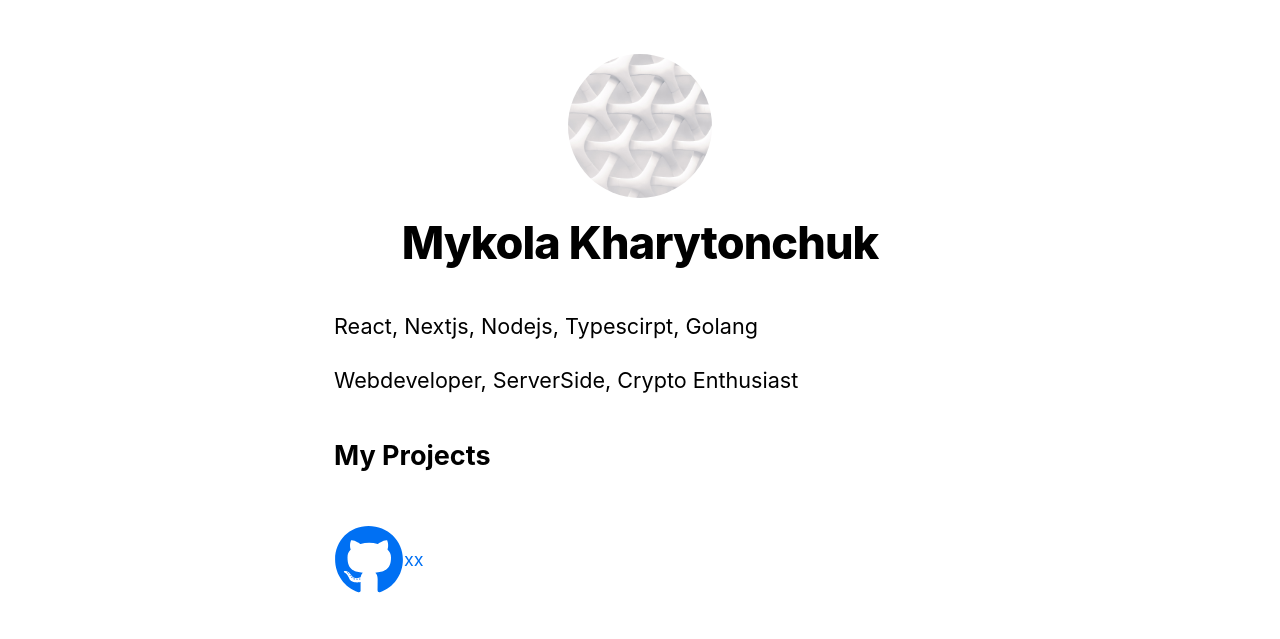
Repository: Mooninghnk/resume
Page: /
An editor plug-in stored every save of this project. The page is shown before and after a run of saves, followed by the edit.
The browser window is 1280 px wide. The pictures show the whole page.
The project was rebuilt for these pictures with package versions that can differ from the ones it lists, and the page was loaded fresh each time. The framework's server and built-in components were replaced by stand-ins that run in the browser.

Above is the page before, as saved 2021-12-29 21:00:26.

### pages/_app.tsx
import '../styles/global.css'

import { AppProps } from 'next/app'

function App({ Component, pageProps }: AppProps) {
  return <Component {...pageProps} />
}

export default App

### pages/index.tsx
import Head from "next/head";
import Layout from "../components/layout";
import utilStyles from "../styles/utils.module.css";

import { FaGithub } from "react-icons/fa";
import Link from "next/link";
export default function Home({ allPostsData }) {
  return (
    <Layout home>
      <Head>
        <title>{"resume"}</title>
      </Head>
      <section className={utilStyles.headingMd}>
        <p>React, Nextjs, Nodejs, Typescirpt, Golang</p>
        <p>Webdeveloper, ServerSide, Crypto Enthusiast </p>
      </section>
      <section className={`${utilStyles.headingMd} ${utilStyles.padding1px}`}>
        <h2 className={utilStyles.headingLg}>My Projects</h2>
        <ul className={utilStyles.list}>
          <li className={utilStyles.listItem}>
            <br />
            <small  className={utilStyles.lightText}>
              <Link href={"https://github.com/Mooninghnk"}>
                <div style={{display: "inline-flex", alignItems: "center"}}>
                 <FaGithub size={70} />{" "} xx
                 </div>

              </Link>
            </small>
          </li>
        </ul>
      </section>
    </Layout>
  );
}

### components/layout.tsx
import Head from 'next/head'
import Image from 'next/image'
import styles from './layout.module.css'
import utilStyles from '../styles/utils.module.css'
import Link from 'next/link'

const name = '[Your Name]'
export const siteTitle = 'Next.js Sample Website'

export default function Layout({ children, home }) {
  return (
    <div className={styles.container}>
      <Head>
        <link rel="icon" href="/favicon.ico" />
        <meta
          name="description"
          content="Learn how to build a personal website using Next.js"
        />
        <meta
          property="og:image"
          content={`https://og-image.vercel.app/${encodeURI(
            siteTitle
          )}.png?theme=light&md=0&fontSize=75px&images=https%3A%2F%2Fassets.zeit.co%2Fimage%2Fupload%2Ffront%2Fassets%2Fdesign%2Fnextjs-black-logo.svg`}
        />
        <meta name="og:title" content={siteTitle} />
        <meta name="twitter:card" content="summary_large_image" />
      </Head>
      <header className={styles.header}>
        {home ? (
          <>
            <Image
              priority
              src="/images/profile.jpg"
              className={utilStyles.borderCircle}
              height={144}
              width={144}
              alt={name}
            />
            <h1 className={utilStyles.heading2Xl}>{"Mykola Kharytonchuk"}</h1>
          </>
        ) : (
          <>
            <Link href="/">
              <a>
                <Image
                  priority
                  src="/images/profile.jpg"
                  className={utilStyles.borderCircle}
                  height={108}
                  width={108}
                  alt={name}
                />
              </a>
            </Link>
            <h2 className={utilStyles.headingLg}>
              <Link href="/">
                <a className={utilStyles.colorInherit}>{name}</a>
              </Link>
            </h2>
          </>
        )}
      </header>
      <main>{children}</main>
      {!home && (
        <div className={styles.backToHome}>
          <Link href="/">
            <a>← Back to home</a>
          </Link>
        </div>
      )}
    </div>
  )
}

Loaded but not shown: styles/global.css (common file); styles/utils.module.css (common file); components/layout.module.css (common file)

After the next 2 saves:
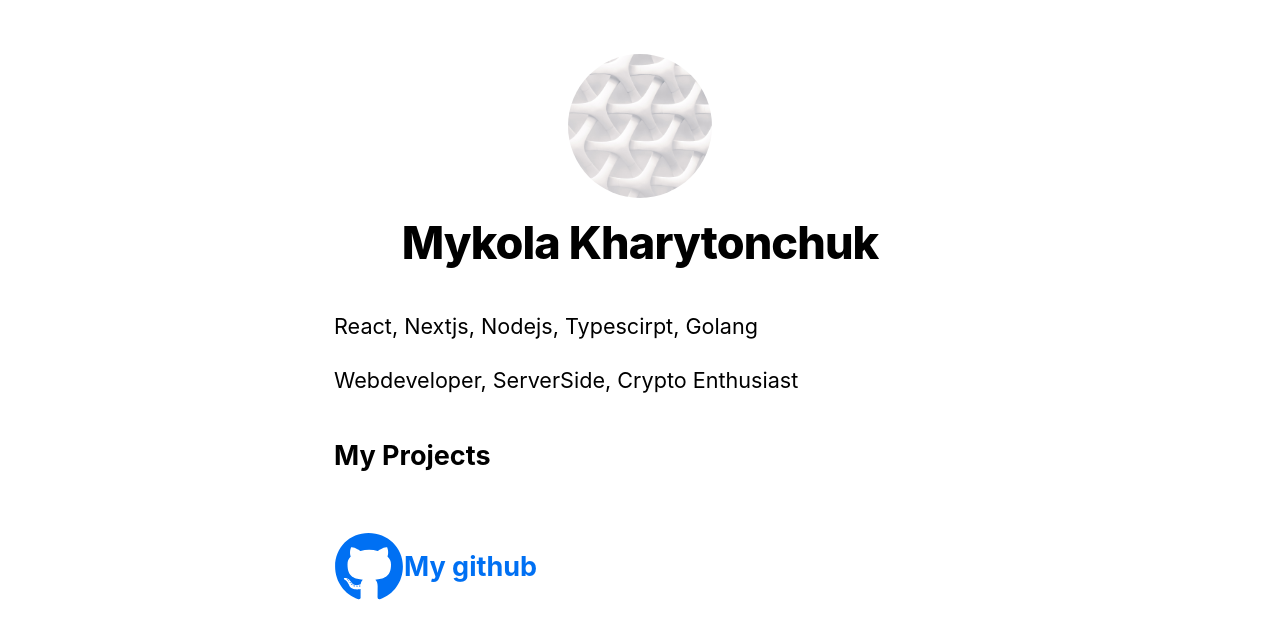
The 2 saves are shown as one change because they came seconds apart.
The last was saved 13 s later.
--- a/pages/index.tsx
+++ b/pages/index.tsx
@@ -22,7 +22,8 @@ export default function Home({ allPostsData }) {
             <small  className={utilStyles.lightText}>
               <Link href={"https://github.com/Mooninghnk"}>
                 <div style={{display: "inline-flex", alignItems: "center"}}>
-                 <FaGithub size={70} />{" "} xx
+                 <FaGithub size={70} />{" "}
+                 <h1> My github</h1>
                  </div>
 
               </Link>
